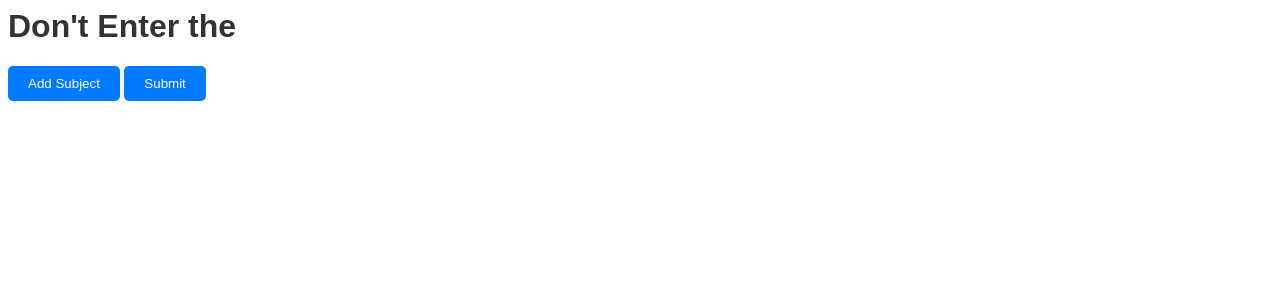
Repository: meghanathG/cgpa-calculator
Page: http://localhost/CGPACalculator/subjects.jsp
The author's editor kept a copy of each file at every save. The page is drawn from the files as they stood at one save, then again after the next save.
The browser window is 1280 px wide. The pictures show the whole page.
The page is served by Tomcat 9.

Above is the page before, as saved 2024-06-09 05:16:40.

After the next save:
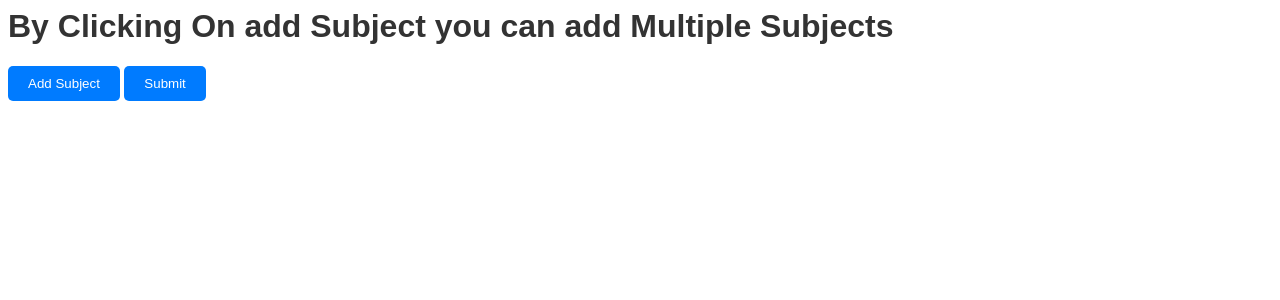
Saved 31 s later.
--- a/CGPACalculator/src/main/webapp/subjects.jsp
+++ b/CGPACalculator/src/main/webapp/subjects.jsp
@@ -53,7 +53,7 @@
     </script>
 </head>
 <body>
-    <h1>Don't Enter the </h1>
+    <h1>By Clicking On add Subject you can add Multiple Subjects</h1>
     <form action="${pageContext.request.contextPath}/subjects" method="post" id="subjectForm">
         <c:forEach items="${subjectForm.subjects}" var="subject" varStatus="status">
             <div class="form-group">
